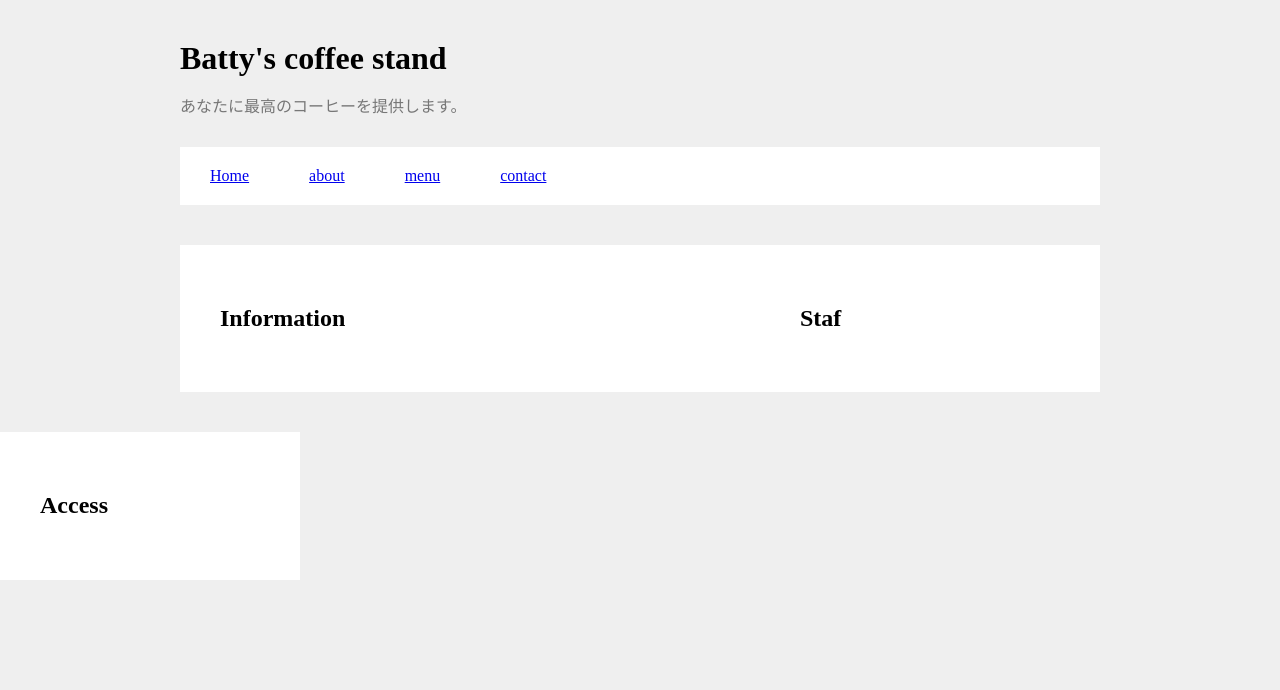
Repository: ayainokuchi/php_practice
Page: html/batty_coffee_stand/index.html
The author's editor kept a record of every edit. The page is drawn from the files as they stood at one moment, then again after the next edit.
The browser window is 1280 px wide. The pictures show the whole page.

Above is the page before.

### html/batty_coffee_stand/index.html
<!DOCTYPE HTML>
<html>
  <head>
    <meta charset="UTF-8">
    <title>Batty's Coffee Stand</title>
    <link rel="stylesheet" href="css/normalize.css">
    <link rel="stylesheet" href="css/style.css">
  </head>
  <body>
    <header>
        <div class="container">
          <div class="header-title-area">
              <h1 class="logo">Batty's coffee stand</h1>
              <p class="text-sub">あなたに最高のコーヒーを提供します。</p>
          </div>
          <ul class="header-navigation">
              <li><a href="#">Home</a></li>
              <li><a href="#">about</a></li>
              <li><a href="#">menu</a></li>
              <li><a href="#">contact</a></li>
          </ul>
        </div>
    </header>

    <div class="main">
        <div class="container">
            <div class="left-contents">
            <div class="card-contents">
                <h2 class="text-title">Information</h2>
                <ul class="information-list">

                </div>
            </div>
            <div class="card-contents">
                <h2 class="text-title">Staf</h2>
            </div>
            </div>
            <div class="right-contents">
            <div class="card-contents">
                <h2 class="text-title">Access</h2>
            </div>
            </div>

        </div>

    </div>





  </body>
</html>

### html/batty_coffee_stand/css/style.css
body {
    background-color: #efefef;
}

header {
    margin-top: 20px;
}

.container {
    width: 920px;
    margin: 0 auto 40px auto;
}

.header-title-area {
    margin-top: 40px;
    margin-bottom: 30px;
}

.logo {
    font-size: 32px;
}

.text-sub {
    color: #777;
}

.header-navigation {
    width: 100%;
    background-color: #fff;
    padding: 20px 0;
}

.header-navigation:after {
    clear: both;
    display: block;
    content: " ";
}

.header-navigation li{
    float: left;
    padding: 0 30px;
    text-align: center;
    list-style-type: none;
}

.header-navigation {
    color: #333;
    text-decoration: none;
}

.text-tittle {
    font-size: 24px;
  font-weight: bold;
  margin-top: 0;
  margin-bottom: 20px;
}

.card-contents {
    padding: 40px;
  display: block;
  margin-bottom: 20px;
  background-color: #fff;
}

.left-contents {
  width: 600px;
  margin-right: 20px;
  float: left;
}

.right-contents {
  width: 300px;
  float: left;
}

.information-list {
    list-style-type: none;
    padding-left: 0;
}

.information-list li {
    margin-bottom: 10px;
}

.staff-list-area:after {
  clear: both;
  display: block;
  content: " ";
}
.staff-list {
  width: 150px;
  margin-right: 35px;
  float: left;
}
.staff-list:last-child {
  margin-right: 0;
}
.staff-image {
  margin-bottom: 10px;
  width: 150px;
  height: 150px;
  display: block;
}
.staff-name {
  text-align: center;
}

Loaded but not shown: html/batty_coffee_stand/css/normalize.css (library)

After the next edit:
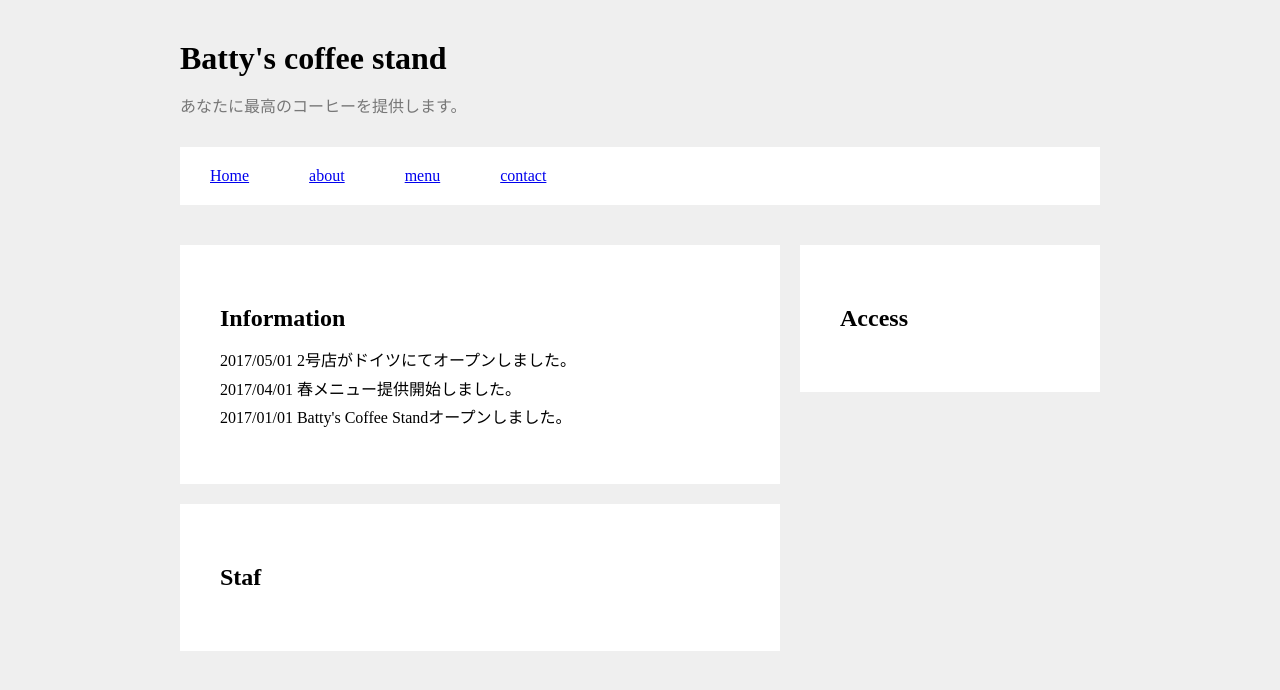
The edit:
--- a/html/batty_coffee_stand/index.html
+++ b/html/batty_coffee_stand/index.html
@@ -28,8 +28,10 @@
             <div class="card-contents">
                 <h2 class="text-title">Information</h2>
                 <ul class="information-list">
-
-                </div>
+                  <li>2017/05/01 2号店がドイツにてオープンしました。</li>
+                  <li>2017/04/01 春メニュー提供開始しました。</li>
+                  <li>2017/01/01 Batty's Coffee Standオープンしました。</li>
+                </ul>
             </div>
             <div class="card-contents">
                 <h2 class="text-title">Staf</h2>
